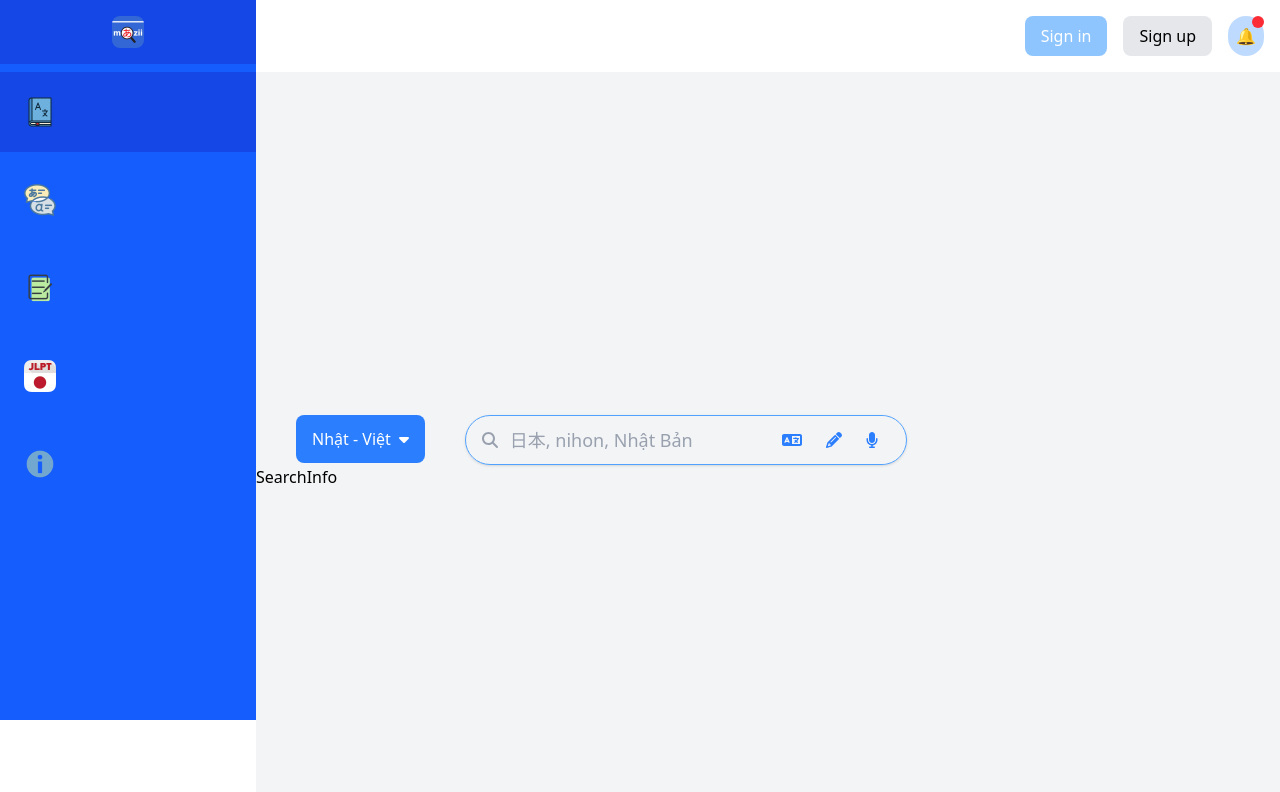
Repository: reminzuetto/JapaneseTranslationApp
Page: /search
These files come from the project's save history. The page is drawn as it stood at one moment and after the next save; the edit follows.
The browser window is 1280 px wide. The pictures show the whole page.
The page's requests for data from a server got no answer. The project was rebuilt for these pictures with package versions that can differ from the ones it lists, and the page was loaded fresh each time. No one was signed in, and anything a server would have sent is missing. Also part of the build but not shown: vite.config.js, src/components/Header/NotificationItem.jsx, src/pages/Home.jsx, src/Firebase.jsx, src/pages/SignInForm.jsx, src/pages/SignUpForm.jsx, src/components/TranslatePage/LanguageSelector.jsx, src/components/TranslatePage/TextBox.jsx and 10 more. Imported but missing from the stored project, and not drawn on this page: src/components/CollectionPage/Popup.

Above is the page before, as saved 2025-03-31 15:35:12.

### src/App.jsx
import React, { useState } from "react";
import { BrowserRouter as Router, Routes, Route } from "react-router-dom";
import Header from "./components/Header/Header";
import Home from "./pages/Home";
import Sidebar from "./components/SideBar/SideBar";
import SignInForm from "./pages/SignInForm";
import SignUpForm from "./pages/SignUpForm";
import SearchPage from "./pages/SearchPage";
import TranslatePage from "./pages/TranslatePage";
import CollectionPage from "./pages/CollectionPage";
import JLPTPage from "./pages/JLPTPage";
import AboutPage from "./pages/AboutPage";
import CollectionInfoPage from "./pages/CollectionInfoPage";
import Flashcard from "./pages/FlashCard";
import Quizz from "./pages/Quizz";

function App() {
  const [isSidebarOpen, setIsSidebarOpen] = useState(false);

  return (
    <Router>
      <div className="flex">
        {/* Sidebar */}
        <Sidebar isOpen={isSidebarOpen} setIsOpen={setIsSidebarOpen} />
        {/* <RightSideBar> </RightSideBar> */}

        {/* Nội dung chính */}
        <div
          className={`flex-1 transition-all duration-300 ${
            isSidebarOpen ? "ml-64" : "ml-20"
          }`}
        >
          <Header />
          <Routes>
            <Route path="/" element={<Home />} />
            <Route path="/signin" element={<SignInForm />} />
            <Route path="/signup" element={<SignUpForm />} />
            <Route path="/search" element={<SearchPage />} />
            <Route path="/translate" element={<TranslatePage />} />
            <Route path="/collection" element={<CollectionPage />} />
            <Route path="/jlpt" element={<JLPTPage />} />
            <Route path="/about" element={<AboutPage />} />
            <Route path="/collection/:id" element={<CollectionInfoPage />} />
            <Route path="/flashcard/:id" element={<Flashcard />} />
            <Route path="/quizz/:id" element={<Quizz />} />
          </Routes>
        </div>
      </div>
    </Router>
  );
}

export default App;

### src/components/Header/Header.jsx
import React, { useState } from "react";
import useClickOutside from "../../hooks/useClickOutside";
import notificationsData from "/src/Data.js";
import NotificationItem from "../Header/NotificationItem";
import { Link } from "react-router-dom";

const Header = () => {
  const { show, setShow, nodeRef } = useClickOutside();
  const [notifications, setNotifications] = useState(notificationsData);

  const markAsSeen = (id) => {
    setNotifications((prev) =>
      prev.map((item) => (item.id === id ? { ...item, seen: true } : item))
    );
  };

  return (
    <header className="flex items-center justify-end p-4 bg-white shadow-md  top-0 left-0 w-full z-50">
      <div className="flex items-center gap-4">
        <Link to="/signin">
          <button className="px-4 py-2 text-white bg-blue-300 rounded-lg hover:bg-blue-500">
            Sign in
          </button>
        </Link>

        <Link to="/signup">
          <button className="px-4 py-2 text-blue bg-gray-200 rounded-lg hover:bg-blue-500 hover:text-white">
            Sign up
          </button>
        </Link>
        <div className="relative" ref={nodeRef}>
          <div
            className="relative p-2 rounded-full bg-blue-200 hover:bg-blue-400 cursor-pointer"
            onClick={() => setShow(!show)}
          >
            🔔
            {notifications.some((item) => !item.seen) && (
              <span className="absolute top-0 right-0 w-3 h-3 bg-red-500 rounded-full"></span>
            )}
          </div>

          {show && (
            <div className="absolute top-full -left-2 min-w-[250px] translate-x-[-100%] mt-2 bg-white shadow-lg rounded-lg border border-gray-200">
              {notifications.length > 0 ? (
                notifications.map((item) => (
                  <NotificationItem
                    key={item.id}
                    id={item.id}
                    title={item.title}
                    time={item.time}
                    seen={item.seen}
                    onMarkAsSeen={markAsSeen}
                  />
                ))
              ) : (
                <div className="p-4 text-center text-gray-400">
                  Không có thông báo mới
                </div>
              )}
            </div>
          )}
        </div>
      </div>
    </header>
  );
};

export default Header;

### src/components/SideBar/SideBar.jsx
import React from "react";
import { NavLink } from "react-router-dom";

const SidebarItem = ({ src, text, to }) => (
  <li className="w-full">
    <NavLink
      to={to}
      className={({ isActive }) =>
        `flex items-center h-20 text-gray-200 no-underline transition duration-500 hover:bg-blue-700 hover:text-white hover:shadow-lg hover:font-bold hover:rounded-lg hover:ml-3 hover:mr-3 ${
          isActive ? "bg-blue-700 font-bold text-white" : ""
        }`
      }
    >
      <img className="w-8 min-w-8 mx-6" src={src} alt={text} />
      <span className="hidden group-hover:block ml-4">{text}</span>
    </NavLink>
  </li>
);

const SideBar = ({ isOpen, setIsOpen }) => {
  const menuItems = [
    { src: "/src/assets/SearchIcon.png", text: "Search", to: "/search" },
    {
      src: "/src/assets/TranslateIcon.png",
      text: "Translate",
      to: "/translate",
    },
    {
      src: "/src/assets/CollectionIcon.png",
      text: "Collection",
      to: "/collection",
    },
    { src: "/src/assets/JLPTIcon.png", text: "JLPT", to: "/jlpt" },
    { src: "/src/assets/AboutIcon.jpg", text: "About us", to: "/about" },
  ];

  return (
    <nav
      className={`w-20 h-screen fixed z-51 bg-blue-600 transition-all duration-200 hover:w-64 group ${
        isOpen ? "w-64" : "w-20"
      }`}
      onMouseEnter={() => setIsOpen(true)}
      onMouseLeave={() => setIsOpen(false)}
    >
      <ul className="flex flex-col items-center space-y-2">
        <li className="w-full text-center py-4 bg-blue-700 font-bold uppercase text-white text-2xl">
          <NavLink className="flex items-center justify-center" to="/">
            <img
              className="w-8 h-8 rounded-lg transition-transform duration-600 group-hover:rotate-[-360deg]"
              src="/src/assets/MaziiLogo.png"
              alt="Mazii logo"
            />
            <span className="hidden group-hover:block ml-4">Mazzi</span>
          </NavLink>
        </li>
        {menuItems.map((item, index) => (
          <SidebarItem
            key={index}
            src={item.src}
            text={item.text}
            to={item.to}
          />
        ))}
      </ul>
    </nav>
  );
};

export default SideBar;

### src/pages/SearchPage.jsx
import React from "react";
import SearchBar from "../components/SeachBar/SearchBar";
import SearchInfo from "../components/SearchInfo/SearchInfo";

const SearchPage = () => {
  return (
    <div className="flex flex-col items-start justify-center h-screen bg-gray-100">
      <div className="mt-10 ">
        <SearchBar></SearchBar>
      </div>
      <SearchInfo></SearchInfo>
    </div>
  );
};

export default SearchPage;

### src/hooks/useClickOutside.jsx
import { useEffect, useRef, useState } from "react";

export default function useClickOutside(dom = "button") {
  const [show, setShow] = useState(false);
  const nodeRef = useRef(null);
  useEffect(() => {
    const handleClickOutside = (event) => {
      if (
        nodeRef.current &&
        !nodeRef.current.contains(event.target) &&
        !event.target.matches(dom)
      ) {
        setShow(false);
      }
    };
    document.addEventListener("click", handleClickOutside);
    return () => {
      document.removeEventListener("click", handleClickOutside);
    };
  }, []);

  return {
    show,
    setShow,
    nodeRef,
  };
}

### src/Data.js
const notificationsData = [
  {
    id: 1,
    title: "JavaScript Update",
    content: "Phiên bản mới của JavaScript đã được phát hành.",
    time: "10 phút trước",
    seen: false,
  },
  {
    id: 2,
    title: "ReactJS Tips",
    content: "Học cách tối ưu hóa hiệu suất trong ReactJS.",
    time: "30 phút trước",
    seen: true,
  },
  {
    id: 3,
    title: "VueJS News",
    content: "Vue 3 đang ngày càng phổ biến hơn!",
    time: "1 giờ trước",
    seen: false,
  },
  {
    id: 4,
    title: "Next.js Guide",
    content: "Làm thế nào để sử dụng Server Actions hiệu quả?",
    time: "3 giờ trước",
    seen: true,
  },
  {
    id: 5,
    title: "PostgreSQL Tips",
    content: "Cách tối ưu truy vấn SQL cho tốc độ nhanh hơn.",
    time: "5 giờ trước",
    seen: false,
  },
];

export default notificationsData;

### src/components/SeachBar/DropDownButton.jsx
import { useState, useRef, useEffect } from "react";
import { FontAwesomeIcon } from "@fortawesome/react-fontawesome";
import { faCaretUp, faCaretDown } from "@fortawesome/free-solid-svg-icons";

function DropdownButton({ options, selectedLanguage, setSelectedLanguage }) {
  const [isOpen, setIsOpen] = useState(false);
  const dropdownRef = useRef(null);

  useEffect(() => {
    function handleClickOutside(event) {
      if (dropdownRef.current && !dropdownRef.current.contains(event.target)) {
        setIsOpen(false);
      }
    }
    document.addEventListener("mousedown", handleClickOutside);
    return () => {
      document.removeEventListener("mousedown", handleClickOutside);
    };
  }, []);

  return (
    <div className="relative w-auto mx-10" ref={dropdownRef}>
      <button
        className="flex items-center justify-between bg-blue-500 text-white font-medium px-4 py-3 rounded-lg hover:bg-blue-600 transition cursor-pointer whitespace-nowrap"
        onClick={() => setIsOpen(!isOpen)}
      >
        <span>
          {selectedLanguage.from} - {selectedLanguage.to}
        </span>
        <FontAwesomeIcon
          icon={isOpen ? faCaretUp : faCaretDown}
          className="ml-2"
        />
      </button>

      {isOpen && (
        <ul className="absolute left-0 right-0 mt-2 bg-blue-300 text-white text-lg rounded-md shadow-lg z-10">
          {options.map((option, index) => (
            <li
              key={index}
              className="flex items-center justify-between px-4 py-3 hover:bg-blue-400 cursor-pointer transition"
              onClick={() => {
                setSelectedLanguage(option); // ✅ Cập nhật selectedLanguage
                setIsOpen(false);
              }}
            >
              <span>
                {option.from} - {option.to}
              </span>
            </li>
          ))}
        </ul>
      )}
    </div>
  );
}

export default DropdownButton;

### src/components/SeachBar/SearchBar.jsx
import React, { useState } from "react";
import DropdownButton from "./DropDownButton";
import SearchInput from "./SearchInput";

const languageOptions = [
  { from: "Nhật", to: "Việt", placeholder: "日本, nihon, Nhật Bản" },
  { from: "Việt", to: "Nhật", placeholder: "Nhật Bản, nihon, 日本" },
];

const SearchBar = () => {
  const [selectedLanguage, setSelectedLanguage] = useState(languageOptions[0]);

  return (
    <div className="flex items-start space-x-4">
      <DropdownButton
        options={languageOptions}
        selectedLanguage={selectedLanguage}
        setSelectedLanguage={setSelectedLanguage}
      />
      <SearchInput placeholder={selectedLanguage.placeholder} />
    </div>
  );
};

export default SearchBar;

### src/components/SeachBar/SearchInput.jsx
import React, { useState, useEffect } from "react";
import { FontAwesomeIcon } from "@fortawesome/react-fontawesome";
import useDebounce from "../../hooks/useDebounce";
import { useNavigate } from "react-router-dom";

import {
  faSearch,
  faLanguage,
  faPencil,
  faMicrophone,
} from "@fortawesome/free-solid-svg-icons";

const SearchInput = ({ placeholder }) => {
  const navigate = useNavigate();
  const [query, setQuery] = useState("");
  const [results, setResults] = useState([]);
  const [data, setData] = useState([]);
  const debouncedQuery = useDebounce(query, 200);

  useEffect(() => {
    fetch("/japanese_search.json")
      .then((response) => response.json())
      .then((json) => setData(json.vocabulary))
      .catch((error) => console.error("Error loading data:", error));
  }, []);

  useEffect(() => {
    if (debouncedQuery.trim() === "") {
      setResults([]);
    } else {
      const filtered = data.filter(
        (item) =>
          item.word.includes(debouncedQuery) ||
          item.pronounce.includes(debouncedQuery) ||
          item.meanings.some((meaning) => meaning.includes(debouncedQuery))
      );
      setResults(filtered);
    }
  }, [debouncedQuery, data]);

  return (
    <div className="w-full max-w-[800px]">
      <div className="flex items-center border border-blue-400 rounded-full px-4 shadow-sm">
        <FontAwesomeIcon icon={faSearch} className="text-gray-400 mr-3" />
        <input
          type="text"
          placeholder={placeholder}
          className="flex-1 outline-none text-gray-600 text-lg placeholder-gray-400 bg-transparent"
          value={query}
          onChange={(e) => setQuery(e.target.value)}
        />
        <div className="flex space-x-2 bg-gray-100 p-1 rounded-lg">
          <button
            className="p-2 hover:bg-gray-200 rounded-md"
            onClick={() => navigate("/translate")}
          >
            <FontAwesomeIcon icon={faLanguage} className="text-blue-500" />
          </button>
          <button className="p-2 hover:bg-gray-200 rounded-md">
            <FontAwesomeIcon icon={faPencil} className="text-blue-500" />
          </button>
          <button className="p-2 hover:bg-gray-200 rounded-md">
            <FontAwesomeIcon icon={faMicrophone} className="text-blue-500" />
          </button>
        </div>
      </div>
      {results.length > 0 && (
        <ul className="mt-2 rounded-lg bg-white cursor-pointer">
          {results.map((item, index) => (
            <li key={index} className="p-2 rounded-lg hover:bg-gray-200">
              <strong>
                {item.word} ({item.pronounce})
              </strong>
              : {item.meanings.join(", ")}
            </li>
          ))}
        </ul>
      )}
    </div>
  );
};

export default SearchInput;

### src/components/SearchInfo/SearchInfo.jsx
import React from "react";

const SearchInfo = () => {
  return <div>SearchInfo</div>;
};

export default SearchInfo;

### src/hooks/useDebounce.jsx
import { useEffect, useState } from "react";

export default function useDebounce(initializeValue = "", delay = 500) {
  const [debounceValue, setDebounceValue] = useState(initializeValue);
  useEffect(() => {
    const timer = setTimeout(() => {
      setDebounceValue(initializeValue);
    }, delay);
    return () => clearTimeout(timer);
  }, [initializeValue, delay]);
  return debounceValue;
}

### public/japanese_search.json
{
  "vocabulary": [
    {
      "word": "学校",
      "pronounce": "がっこう",
      "meanings": ["Trường học", "Ngôi trường"]
    },
    {
      "word": "小学校",
      "pronounce": "しょうがっこう",
      "meanings": ["Trường tiểu học"]
    },
    {
      "word": "中学校",
      "pronounce": "ちゅうがっこう",
      "meanings": ["Trường trung học cơ sở"]
    },
    {
      "word": "高校",
      "pronounce": "こうこう",
      "meanings": ["Trường trung học phổ thông"]
    },
    {
      "word": "大学",
      "pronounce": "だいがく",
      "meanings": ["Trường đại học"]
    },
    {
      "word": "教師",
      "pronounce": "きょうし",
      "meanings": ["Giáo viên", "Thầy cô giáo"]
    },
    {
      "word": "生徒",
      "pronounce": "せいと",
      "meanings": ["Học sinh"]
    },
    {
      "word": "学生",
      "pronounce": "がくせい",
      "meanings": ["Sinh viên"]
    }
  ]
}

Loaded but not shown: index.html (common file); src/main.jsx (common file); src/index.css (common file)

After the next save:
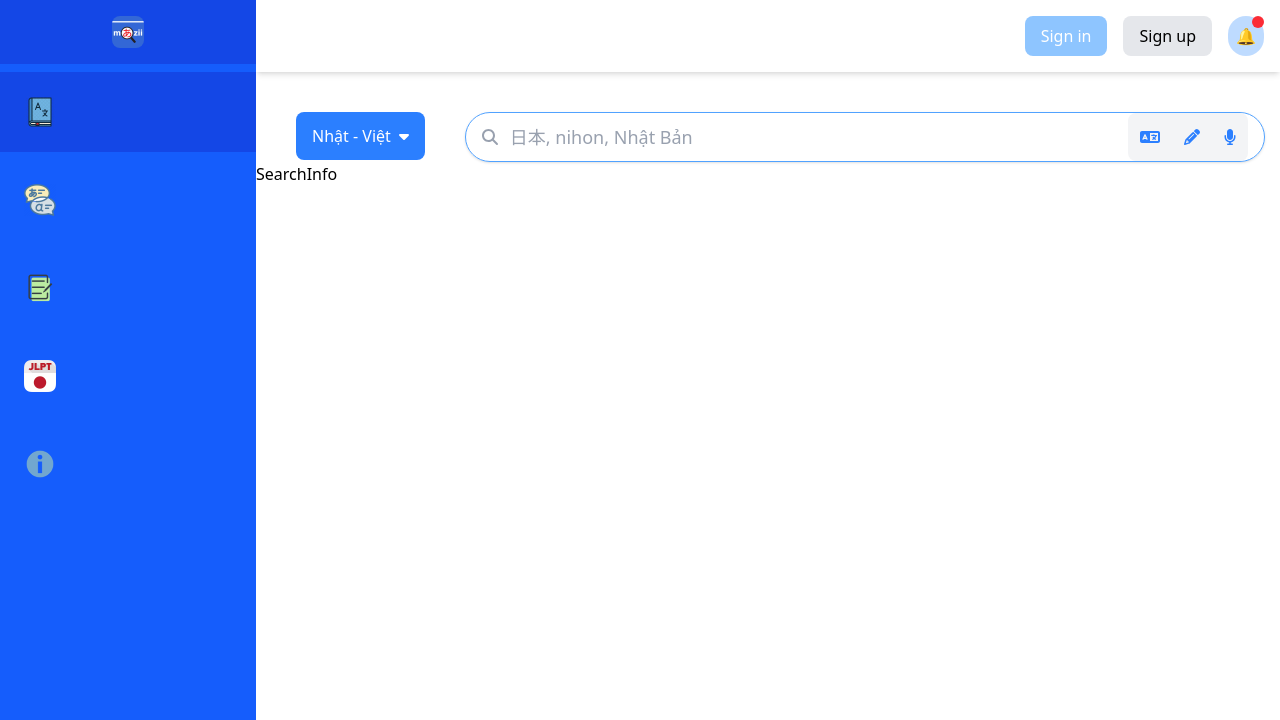
Saved 7 s later.
--- a/src/pages/SearchPage.jsx
+++ b/src/pages/SearchPage.jsx
@@ -4,7 +4,7 @@ import SearchInfo from "../components/SearchInfo/SearchInfo";
 
 const SearchPage = () => {
   return (
-    <div className="flex flex-col items-start justify-center h-screen bg-gray-100">
+    <div>
       <div className="mt-10 ">
         <SearchBar></SearchBar>
       </div>
